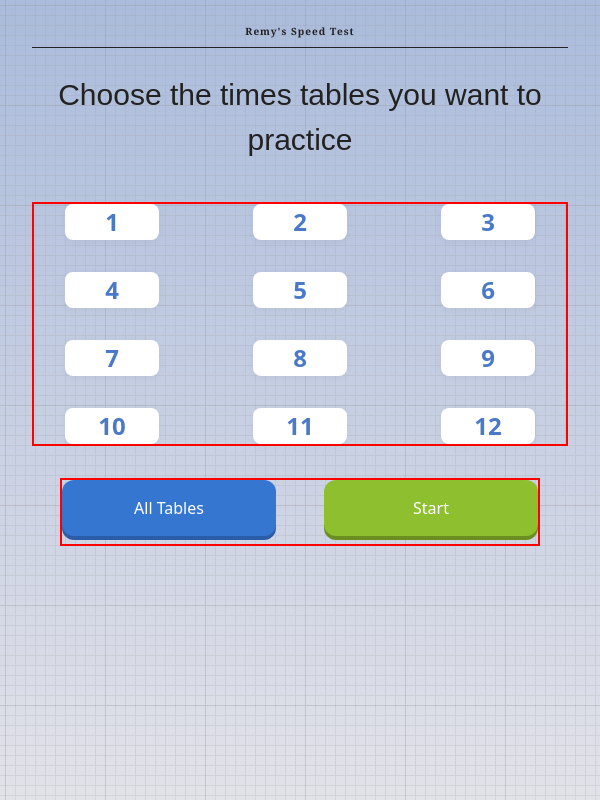
Repository: Chinurum-Omenuko/remys-speed-test
Page: / (app in app/)
An editor plug-in stored every save of this project. The page is shown before and after the next save, followed by the edit.
The browser window is 600 px wide. The pictures show the whole page.
The project was rebuilt for these pictures with package versions that can differ from the ones it lists, and the page was loaded fresh each time. The framework's server and built-in components were replaced by stand-ins that run in the browser. Also part of the build but not shown: app/svelte.config.js, app/vite.config.ts.

Above is the page before, as saved 2025-11-17 18:56:00.

After the next save:
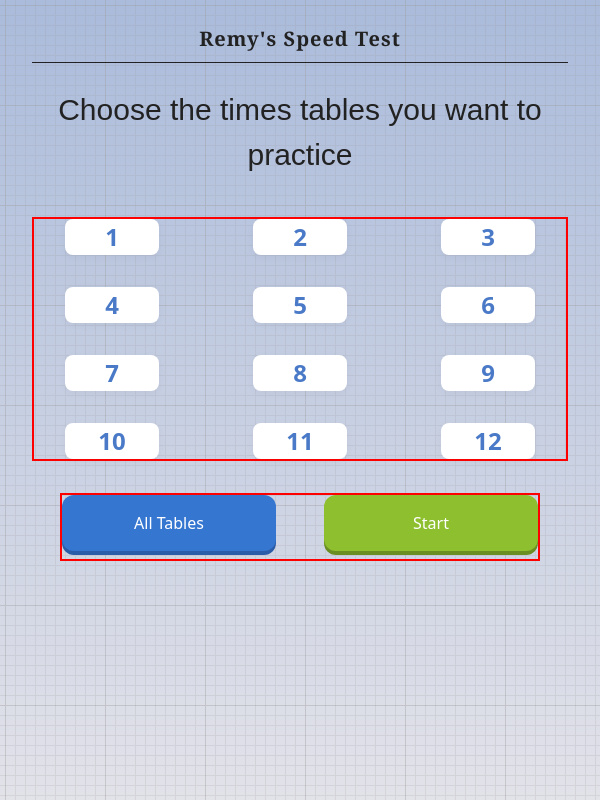
Saved 4 s later.
--- a/app/src/routes/+page.svelte
+++ b/app/src/routes/+page.svelte
@@ -192,7 +192,7 @@
 	/* 640px: small tablet */
 	@media (min-width: 340px) and (max-width: 640px){
 		.title{
-			font-size: 10px;
+			font-size: 20px;
 		}
 		.tables-grid {
 			grid-template-columns: repeat(3, 1fr);
